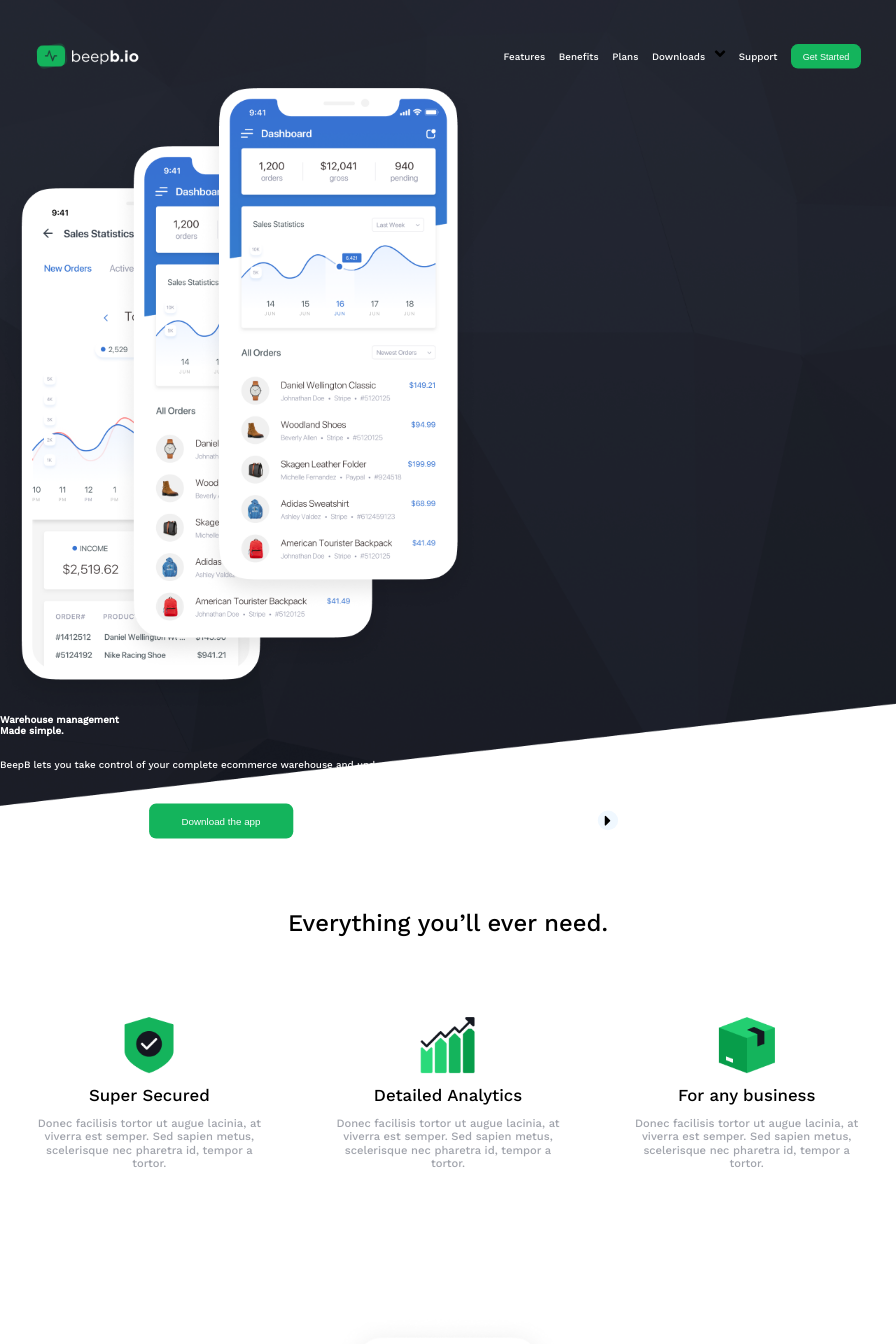
Repository: thinhnguyen347/thinhnguyen347.github.io
Page: cut-html-css/index.html
The author's editor kept a copy of each file at every save. The page is drawn from the files as they stood at one save, then again after a run of saves.
The browser window is 1280 px wide. The pictures show the part of the page from y = 0 to 1920 px (the page is 4906 px tall), at 70% of full size.

Above is the page before, as saved 2021-11-10 19:28:00.

After the next 2 saves:
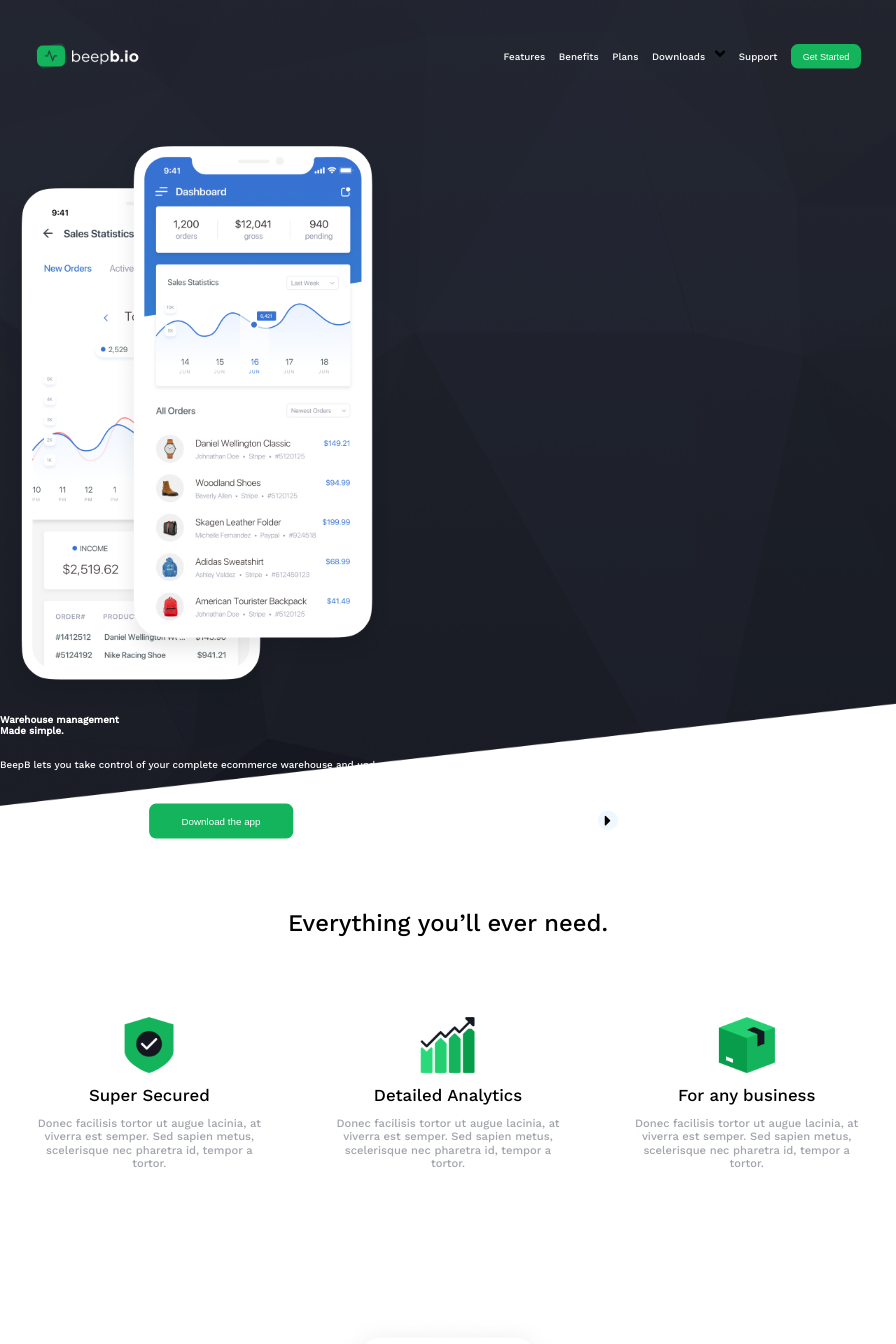
The 2 saves are shown as one change because they came seconds apart.
The last was saved 7 s later.
--- a/cut-html-css/css/style.css
+++ b/cut-html-css/css/style.css
@@ -159,7 +159,7 @@ li.menuitem:hover .drop-down {
   position: absolute;
   top: -10%;
   left: 50%;
-  d-none
+  display:none;
 }
 
 .download {
